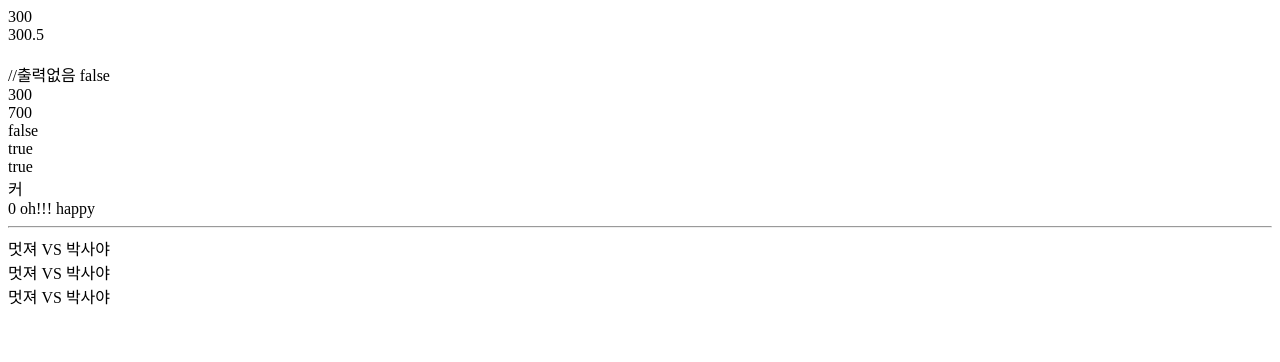
Repository: codingidot/test111
Page: http://localhost/JSP3/NewFile2.jsp
These files come from the project's save history. The page is drawn as it stood at one moment and after the next save; the edit follows.
The browser window is 1280 px wide. The pictures show the whole page.
The page is served by Tomcat 9.

Above is the page before, as saved 2022-05-27 00:29:40.

After the next save:
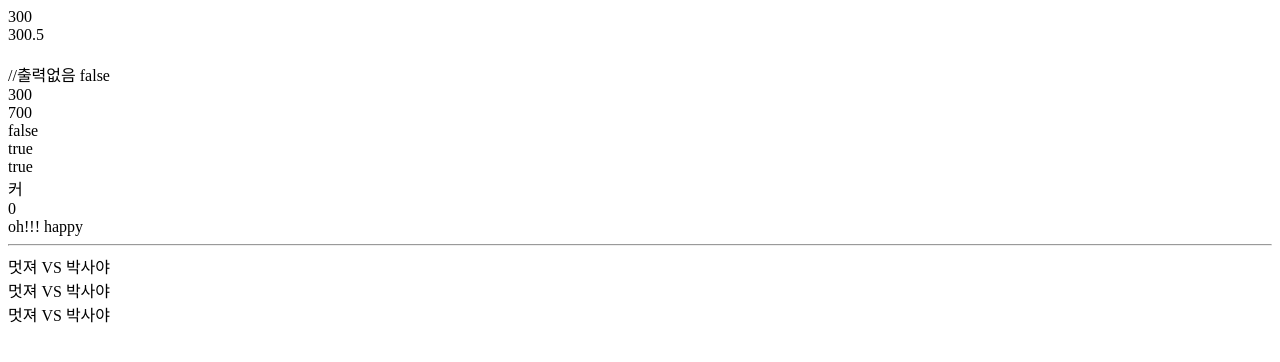
Saved 12 s later.
--- a/JSP3/src/main/webapp/NewFile2.jsp
+++ b/JSP3/src/main/webapp/NewFile2.jsp
@@ -17,7 +17,7 @@
 ${50==50} <br>
 ${50 eq 50} <br>
 ${(100>3)? "커":"작어"} <br>
-${50 mod 5 }
+${50 mod 5 }<br>
 ${"oh!!! happy"} <br>
 <hr>
 ${"멋져 VS 박사야"} <br>
